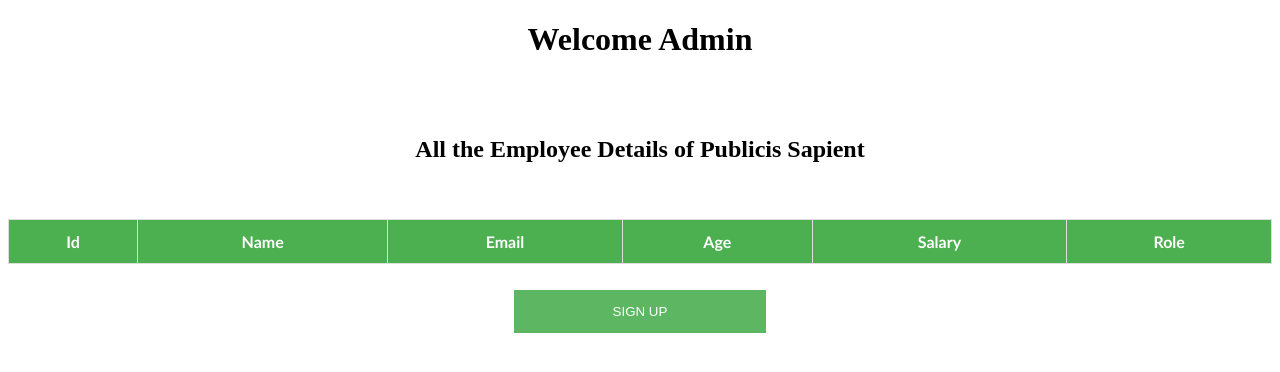
Repository: elizasharon/sprint-3-back-end
Page: http://localhost/SpringMVC2.0/WEB-INF/views/admin.jsp
The author's editor kept a copy of each file at every save. The page is drawn from the files as they stood at one save, then again after the next save.
The browser window is 1280 px wide. The pictures show the whole page.
The page is served by Tomcat 9. Nobody is signed in. Other server files are loaded and not shown. The template is opened directly, without the code that normally fills it, so the values that code supplies are empty.

Above is the page before, as saved 2019-07-17 03:58:06.

### Java_Eclipse_Workspace/SpringMVC2.0/src/main/webapp/WEB-INF/views/admin.jsp
<%@ page language="java" contentType="text/html; charset=UTF-8"
    pageEncoding="UTF-8" isELIgnored="false" %>
<!DOCTYPE html>
<html>
<head>
<meta charset="UTF-8">
<title>Admin Page</title>
<style>
/* Set a style for all buttons */
button {
text-align:center;
  background-color: #4CAF50;
  color: white;
  padding: 14px 20px;
  margin: 8px 0;
  border: none;
  cursor: pointer;
  width: 100%;
  opacity: 0.9;
}

button:hover {
  opacity:1;
}

/* Extra styles for the cancel button */
.cancelbtn {
  padding: 14px 20px;
  background-color: #f44336;
}

/* Float cancel and signup buttons and add an equal width */
.cancelbtn, .signupbtn {
  width: 20%;
}

/* Add padding to container elements */
.container {
  padding: 16px;
}

/* Clear floats */
.clearfix::after {
  content: "";
  clear: both;
  display: table;
}
#employee {
  font-family: "Trebuchet MS", Arial, Helvetica, sans-serif;
  border-collapse: collapse;
  width: 100%;
}

#employee td, #employee th {
  border: 1px solid #ddd;
  padding: 8px;
}

#employee tr:nth-child(even){background-color: #f2f2f2;}

#employee tr:hover {background-color: #ddd;}

#employee th {
  padding-top: 12px;
  padding-bottom: 12px;
  text-align: center;
  background-color: #4CAF50;
  color: white;
}
</style>
</head>
<body style="text-align:center;">
	<%@ taglib prefix="c" uri="http://java.sun.com/jsp/jstl/core" %>

<h1>Welcome Admin</h1>
<br><br>
	<h2>All the Employee Details of Publicis Sapient</h2>
	<br>
	<br>
	<table border="1" style="margin-left: auto; margin-right: auto;" id="employee">
		<tr>
			<th>Id</th>
			<th>Name</th>
			<th>Email</th>
			<th>Age</th>
			<th>Salary</th>
			<th>Role</th>
		</tr>
		<c:forEach items="${emplist}" var="emp">
			<tr>
				<td>${emp.id}</td>
				<td>${emp.name}</td>
				<td>${emp.email}</td>
				<td>${emp.age}</td>
				<td>${emp.salary}</td>
				<td>${emp.role}</td>
			</tr>
		</c:forEach>
	</table>
	<br>
	 <div class="clearfix">
      <button type="submit" class="signupbtn">SIGN UP</button>
    </div>

</body>
</html>

After the next save:
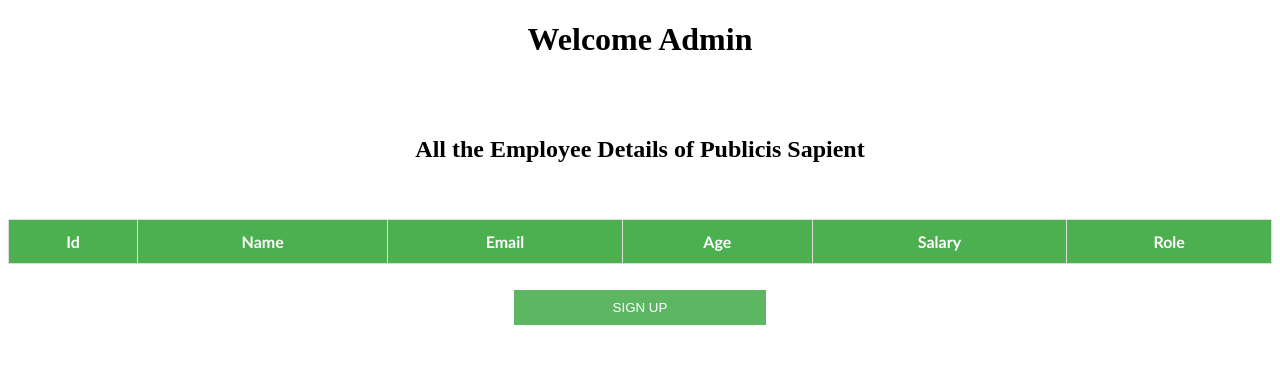
Saved 25 s later.
--- a/Java_Eclipse_Workspace/SpringMVC2.0/src/main/webapp/WEB-INF/views/admin.jsp
+++ b/Java_Eclipse_Workspace/SpringMVC2.0/src/main/webapp/WEB-INF/views/admin.jsp
@@ -11,7 +11,7 @@
 text-align:center;
   background-color: #4CAF50;
   color: white;
-  padding: 14px 20px;
+  padding: 10px 15px;
   margin: 8px 0;
   border: none;
   cursor: pointer;
